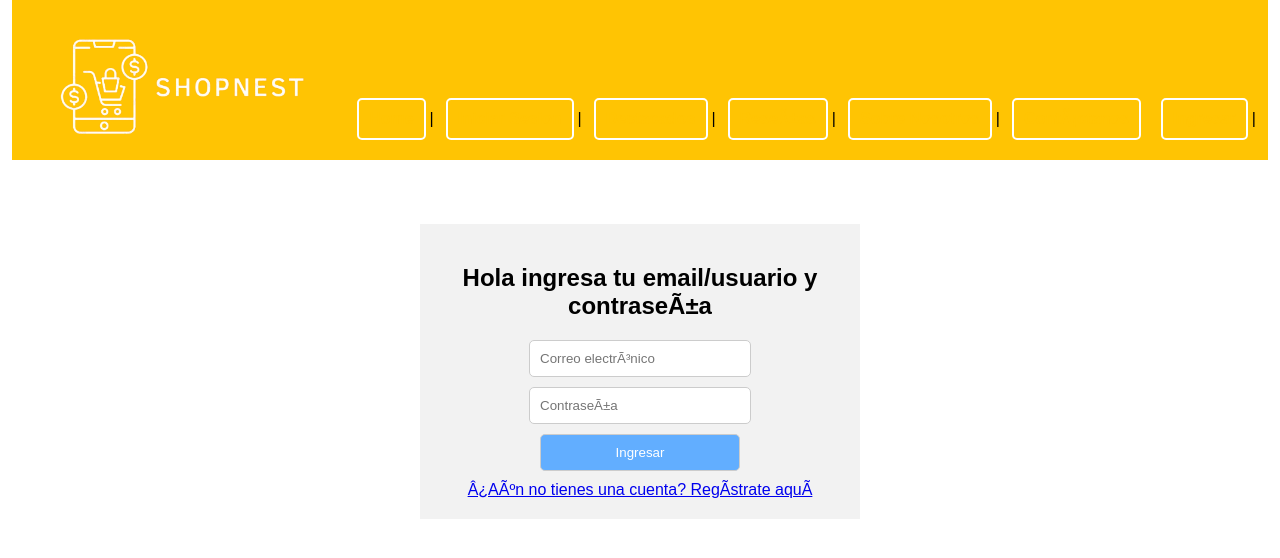
Repository: Regmalek07/ProyectoU
Page: inicio_sesion.html
These files come from the project's save history. The page is drawn as it stood at one moment and after the next save; the edit follows.
The browser window is 1280 px wide. The pictures show the whole page.

Above is the page before, as saved 2024-04-29 13:50:56.
Console error: TypeError: Cannot read properties of null (reading 'style')

After the next save:
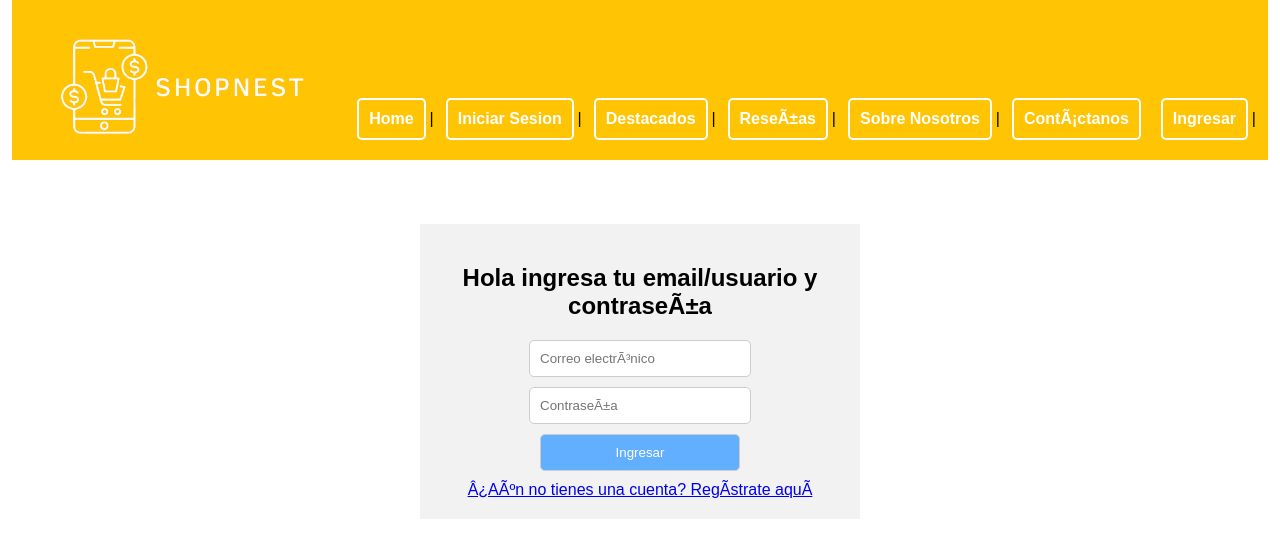
Saved 95 s later.
--- a/styles/styles.css
+++ b/styles/styles.css
@@ -89,7 +89,7 @@
 
 nav a {
     text-decoration: none;
-    color: #ffc403; /* Cambia el color del texto a amarillo */
+    color: #fff; /* Cambia el color del texto a amarillo */
     font-weight: bold;
     display: block;
     padding: 10px; /* Añade un relleno para mejorar la apariencia */
